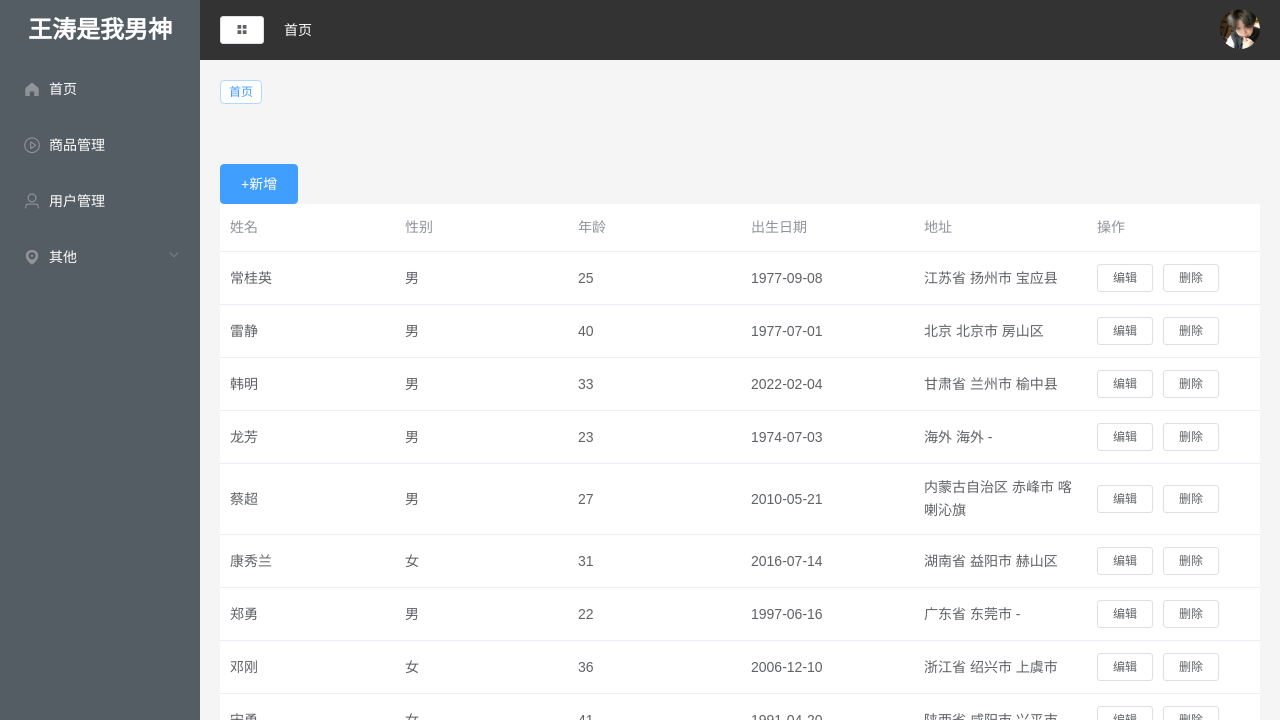
Repository: wangtao20230308/-
Page: /user
The author's editor kept a copy of each file at every save. The page is drawn from the files as they stood at one save, then again after the next save.
The browser window is 1280 px wide. The pictures show the whole page.
An inner scrolling area shows only its first screen. The project was rebuilt for these pictures with package versions that can differ from the ones it lists, and the page was loaded fresh each time. Also part of the build but not shown: src/views/Home.vue, src/views/Mall.vue, src/views/PageOne.vue, src/views/PageTwo.vue.

Above is the page before, as saved 2023-03-24 15:32:25.

After the next save:
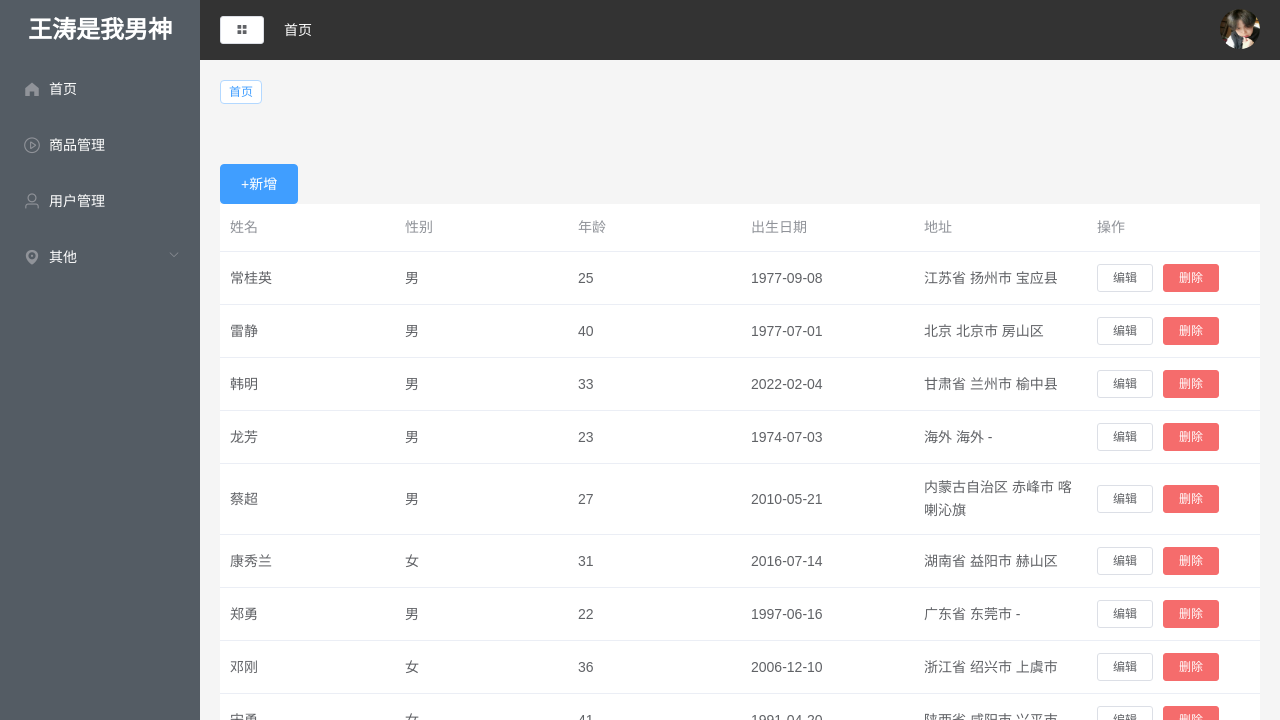
Saved 68 s later.
--- a/src/views/User.vue
+++ b/src/views/User.vue
@@ -44,7 +44,7 @@
         <el-table-column prop="action" label="操作">
           <template slot-scope="scope">
             <el-button size="mini" @click="handleEidt(scope.row)">编辑</el-button>
-            <el-button size="mini" @click="handleDelete(scope.row)">删除</el-button>
+            <el-button size="mini" type="danger" @click="handleDelete(scope.row)">删除</el-button>
           </template>
         </el-table-column>
       </el-table>
